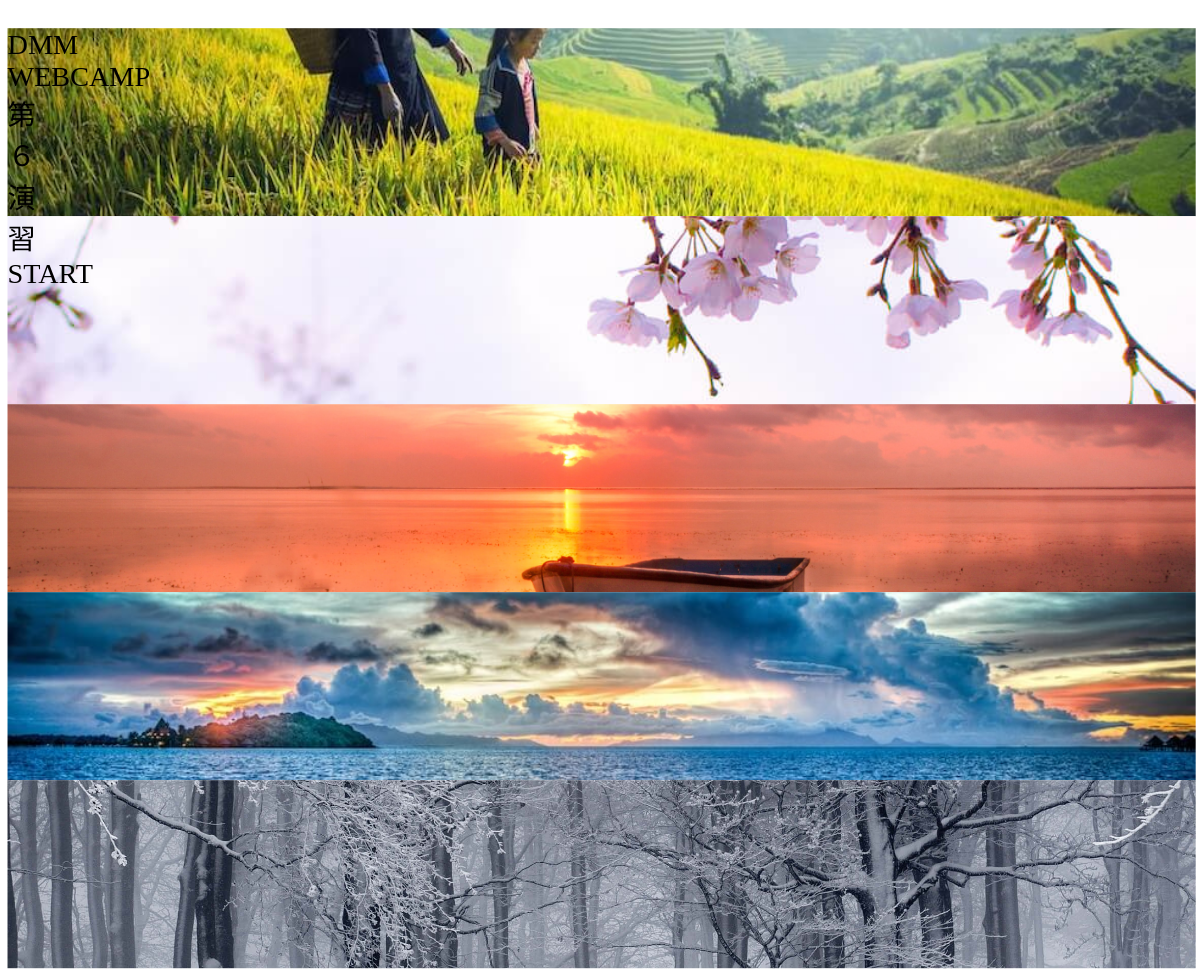
Repository: daisuketoyota/dmmwebxamp-toyota
Page: infratop/index.html
The author's editor kept a record of every edit. The page is drawn from the files as they stood at one moment, then again after the next edit.
The browser window is 1280 px wide. The pictures show the whole page, at 94% of full size.

Above is the page before.

After the next edit:
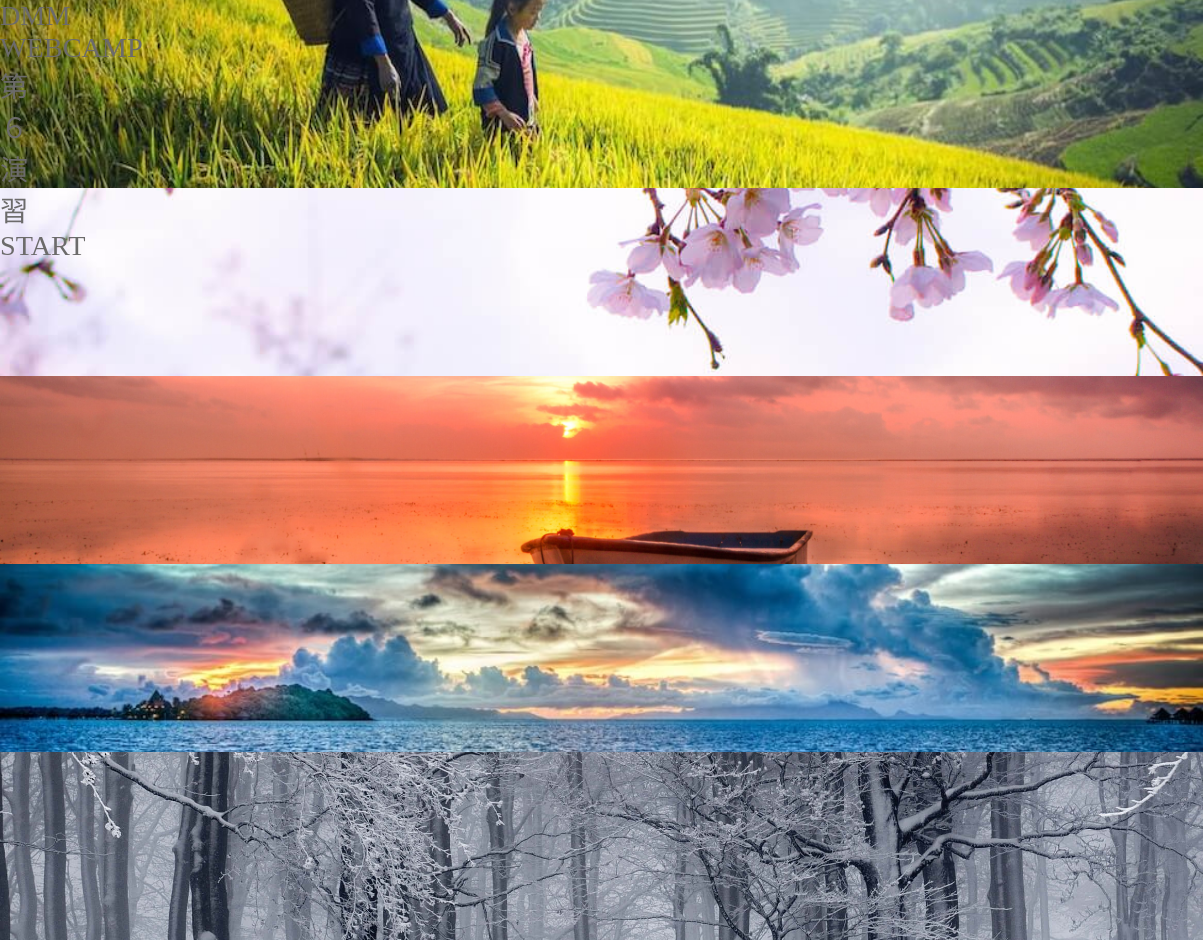
The edit:
--- a/infratop/style.css
+++ b/infratop/style.css
@@ -1,3 +1,10 @@
+* {
+  margin: 0;
+  padding: 0;
+  box-sizing: border-box;
+  color: #6c6b6b;
+}
+
 .dmm{
     height:200px;
     background-image: url(img/asia.jpg);
